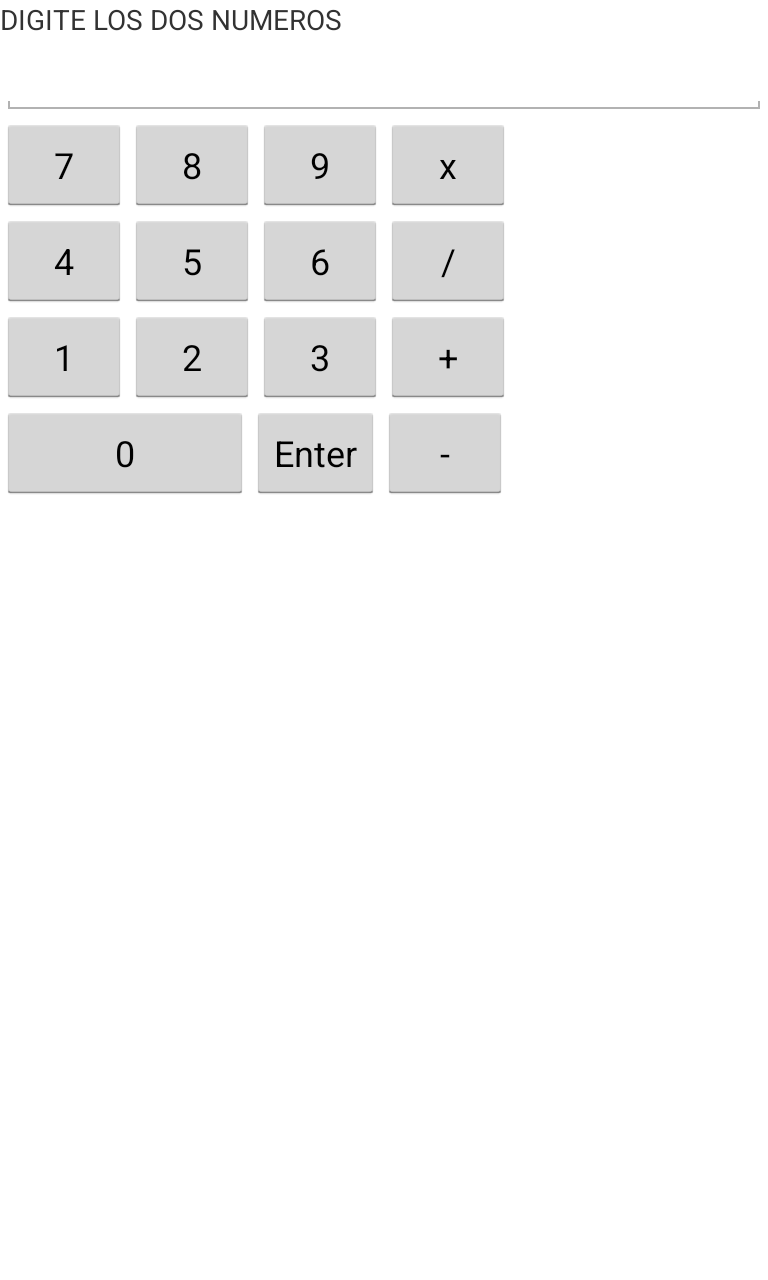
Repository: betini/Javaprojects
Layout: calculadora/res/layout/activity_main.xml
The author's editor kept a copy of each file at every save. The layout is drawn from the files as they stood at one save, then again after the next save.
It is drawn on a 768 x 1280 px phone screen (xhdpi) without system bars, with theme AppTheme; the app's code is not run.

Above is the layout before, as saved 2013-08-23 00:06:32.

After the next save:
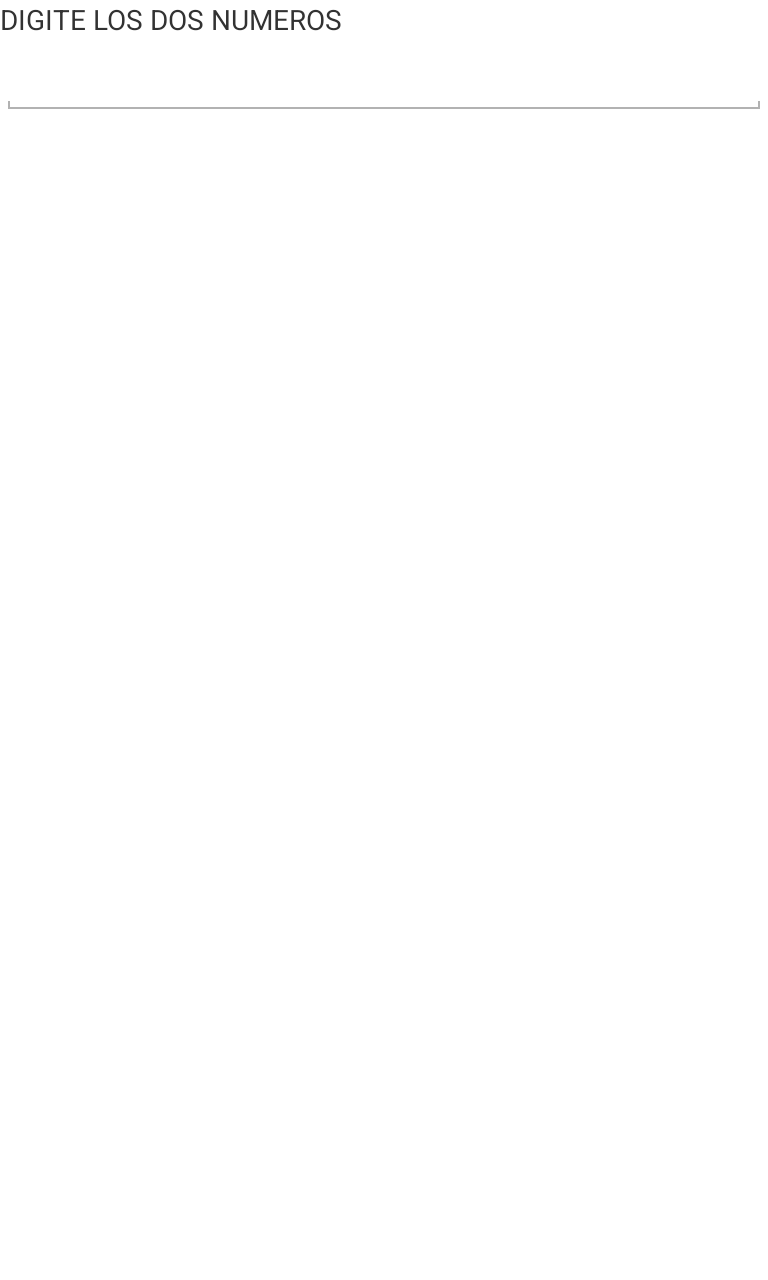
Saved 35 s later.
--- a/calculadora/res/layout/activity_main.xml
+++ b/calculadora/res/layout/activity_main.xml
@@ -17,7 +17,7 @@
 
 
     </EditText>
-
+</LinearLayout>
 
     <LinearLayout
     android:layout_width="wrap_content"

After the 3 saves that followed:
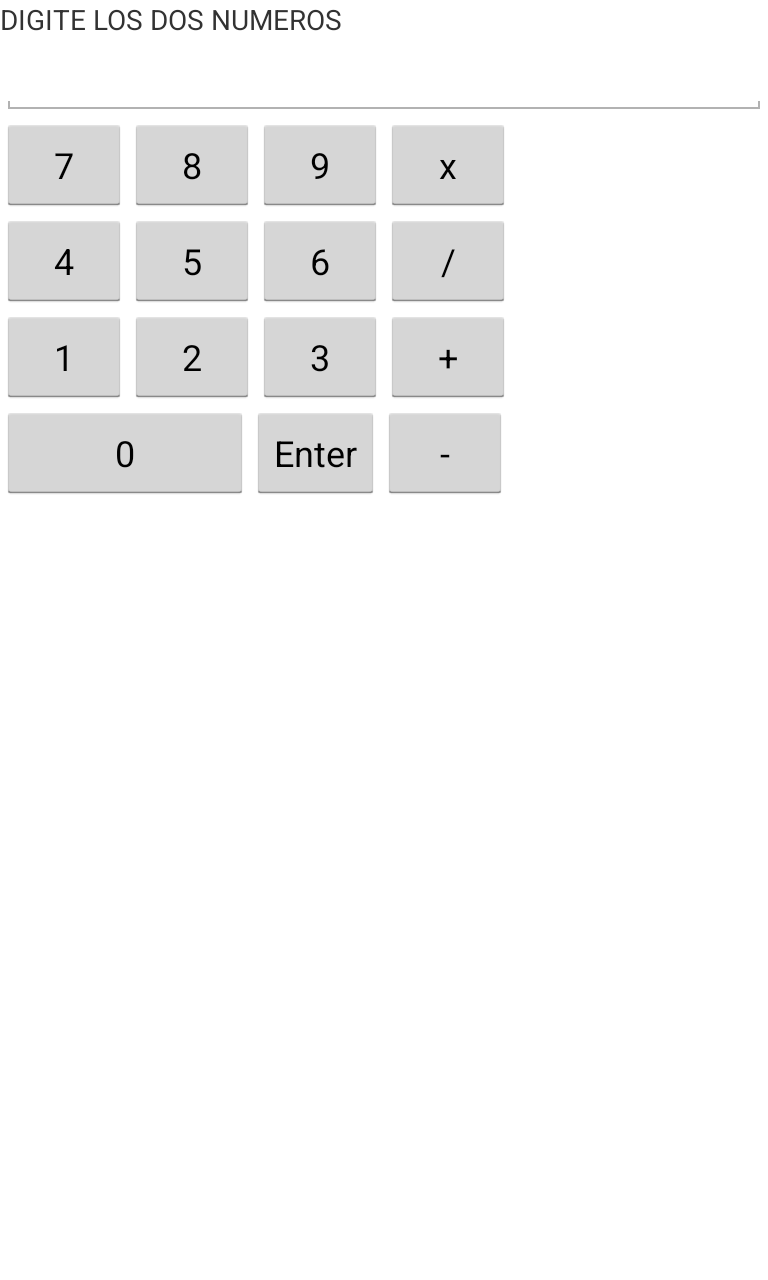
The 3 saves are shown as one change because 2 left the picture as it was.
The last was saved 2 min 2 s later.
--- a/calculadora/res/layout/activity_main.xml
+++ b/calculadora/res/layout/activity_main.xml
@@ -14,10 +14,8 @@
         android:id="@+id/dato1"
         android:layout_width="match_parent"
         android:layout_height="wrap_content" >
+    </EditText>
 
-
-    </EditText>
-</LinearLayout>
 
     <LinearLayout
     android:layout_width="wrap_content"
@@ -130,3 +128,4 @@
         android:text="-" />
 
     </LinearLayout>
+    </LinearLayout>
